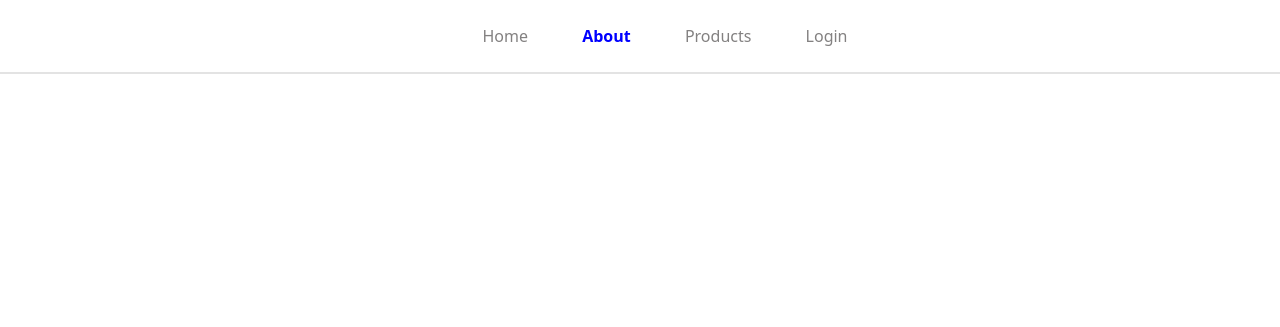
Repository: Yeyolive/WebDev_Collab_2025
Page: Basic_Projects/Basic-Website/about.html
An editor plug-in stored every save of this project. The page is shown before and after the next save, followed by the edit.
The browser window is 1280 px wide. The pictures show the whole page.

Above is the page before, as saved 2025-11-02 20:27:08.

After the next save:
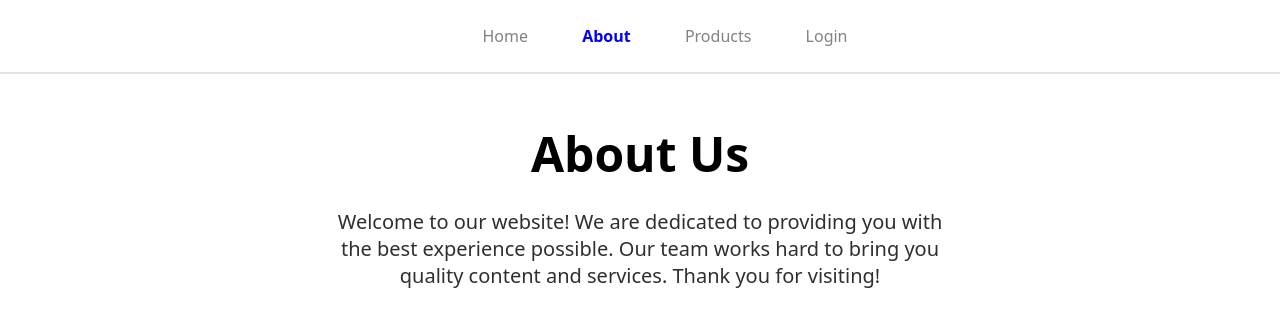
Saved 60 s later.
--- a/Basic_Projects/Basic-Website/about.html
+++ b/Basic_Projects/Basic-Website/about.html
@@ -15,5 +15,15 @@
       <a href="products.html">Products</a>
       <a href="login.html">Login</a>
     </nav>
+
+    <!--ABOUT-->
+    <header>
+      <h1>About Us</h1>
+      <p>
+        Welcome to our website! We are dedicated to providing you with the best
+        experience possible. Our team works hard to bring you quality content
+        and services. Thank you for visiting!
+      </p>
+    </header>
   </body>
 </html>
